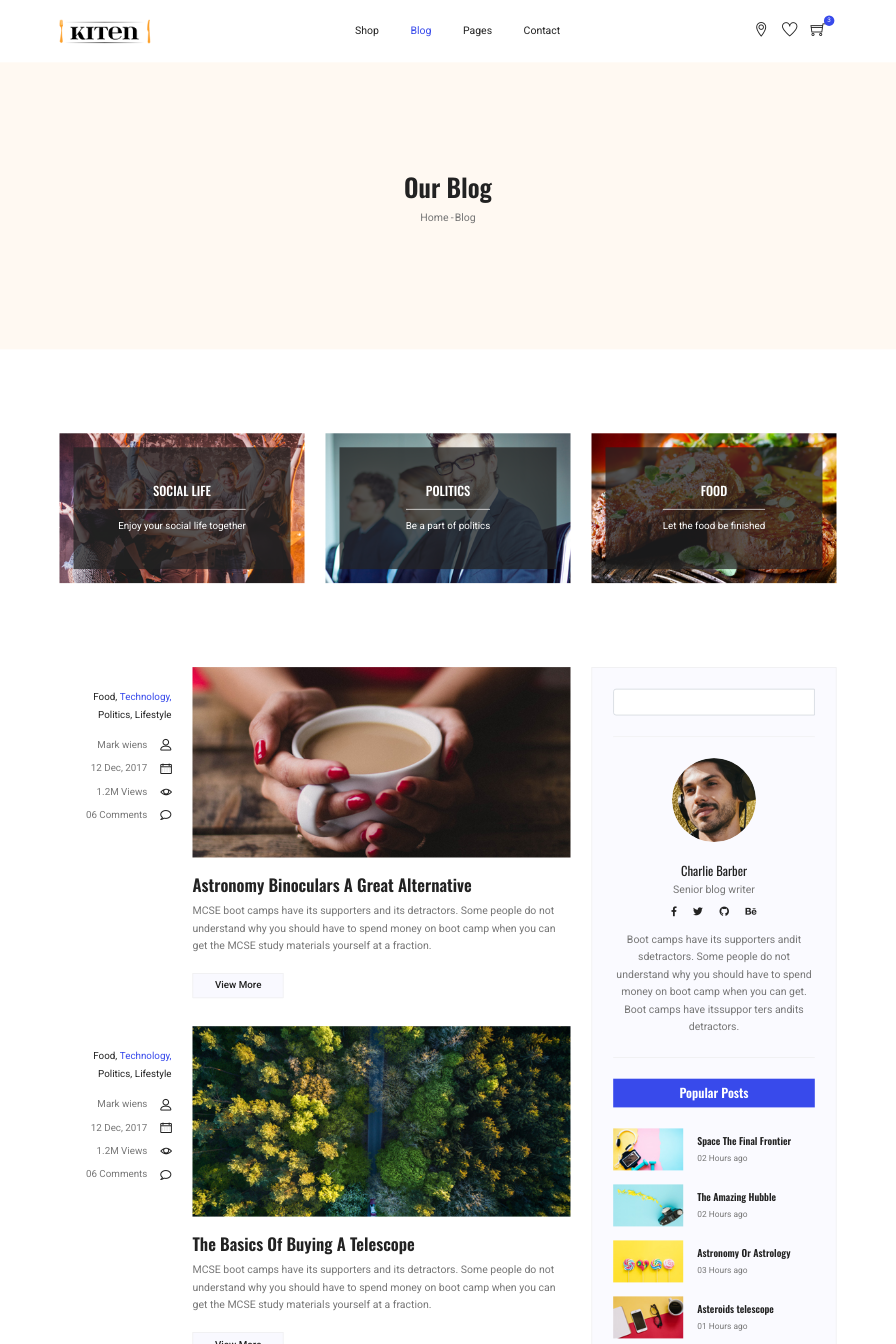
Repository: miniwon/semiProject_KITEN
Page: http://localhost/KITEN/WEB-INF/views/blog.jsp
An editor plug-in stored every save of this project. The page is shown before and after the next save, followed by the edit.
The browser window is 1280 px wide. The pictures show the part of the page from y = 0 to 1920 px (the page is 4484 px tall before and 4573 px after), at 70% of full size.
The page is served by Tomcat 9. Nobody is signed in. The template is opened directly, without the code that normally fills it, so the values that code supplies are empty.

Above is the page before, as saved 2022-11-17 01:50:51.

After the next save:
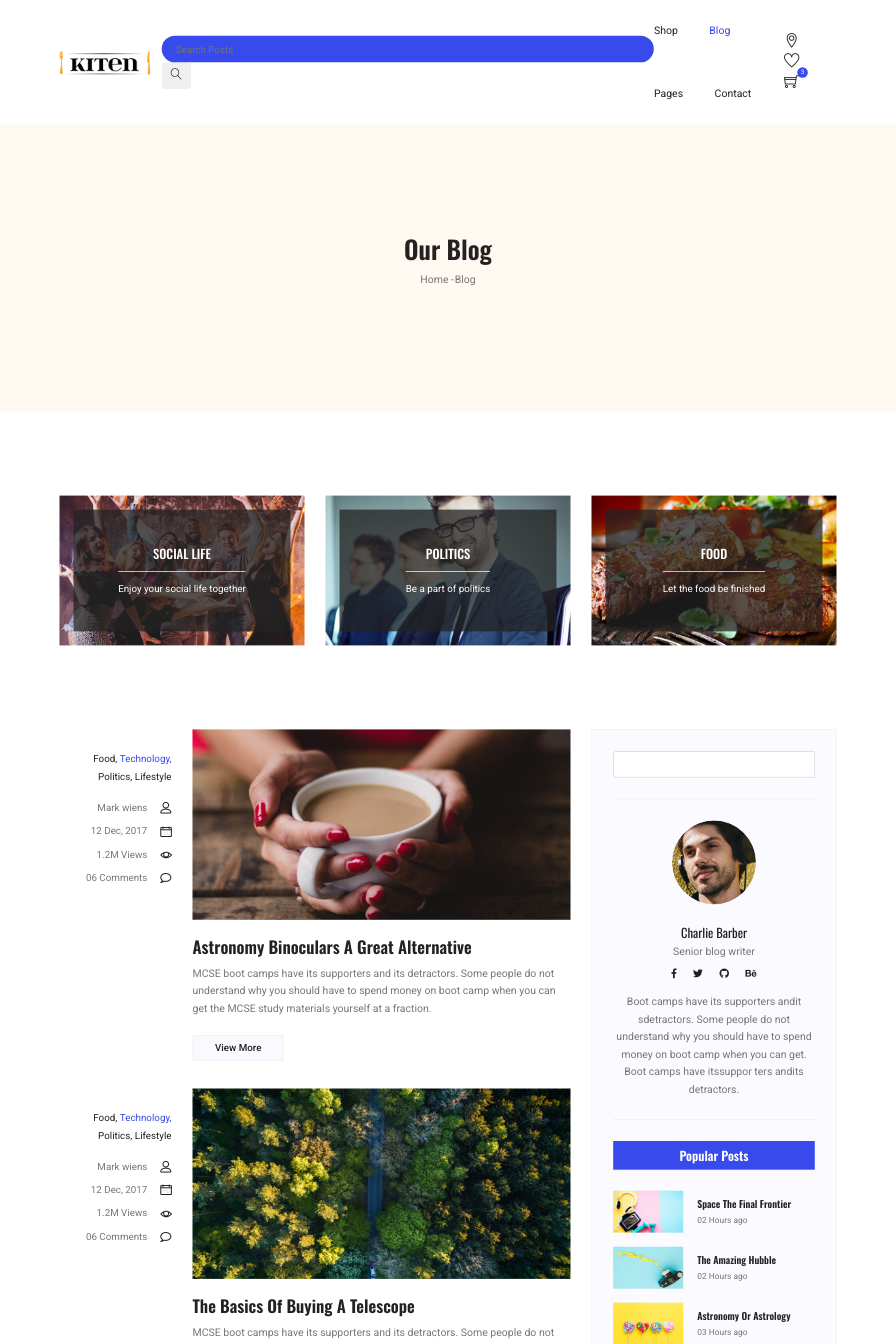
Saved 42 s later.
--- a/KITEN/src/main/webapp/WEB-INF/views/blog.jsp
+++ b/KITEN/src/main/webapp/WEB-INF/views/blog.jsp
@@ -31,6 +31,13 @@
 						aria-label="Toggle navigation">
 						<span class="icon-bar"></span> <span class="icon-bar"></span> <span class="icon-bar"></span>
 					</button>
+					<div class="input-group">
+						<input type="text" class="form-control" placeholder="Search Posts"> <span class="input-group-btn">
+							<button class="btn btn-default" type="button">
+								<i class="lnr lnr-magnifier"></i>
+							</button>
+						</span>
+					</div>
 					<div class="collapse navbar-collapse offset" id="navbarSupportedContent">
 						<ul class="nav navbar-nav menu_nav ml-auto mr-auto">
 							<li class="nav-item submenu dropdown"><a href="#" class="nav-link dropdown-toggle" data-toggle="dropdown" role="button" aria-haspopup="true" aria-expanded="false">Shop</a>
